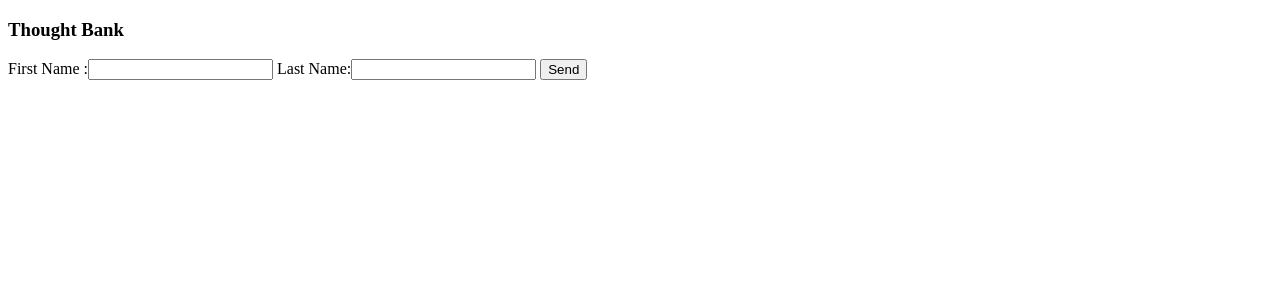
Repository: mxd369/webprogramming2
Page: ThoughtsBank/WebContent/WEB-INF/index.html
These files come from the project's save history. The page is drawn as it stood at one moment and after the next save; the edit follows.
The browser window is 1280 px wide. The pictures show the whole page.

Above is the page before, as saved 2017-02-09 15:28:53.

### ThoughtsBank/WebContent/WEB-INF/index.html
<!DOCTYPE html>
<html>
<head>
<meta charset="UTF-8">
<title>Home Page</title>
</head>
<body>
	<h3>Thought Bank</h3>
	<form action="HelloServlet" method="get">
		First Name :<input type="text" name="fname" />
		Last Name:<input type="text" name="lname" />
		<input type="submit" value="Send" />
	</form>
</body>

</html>

After the next save:
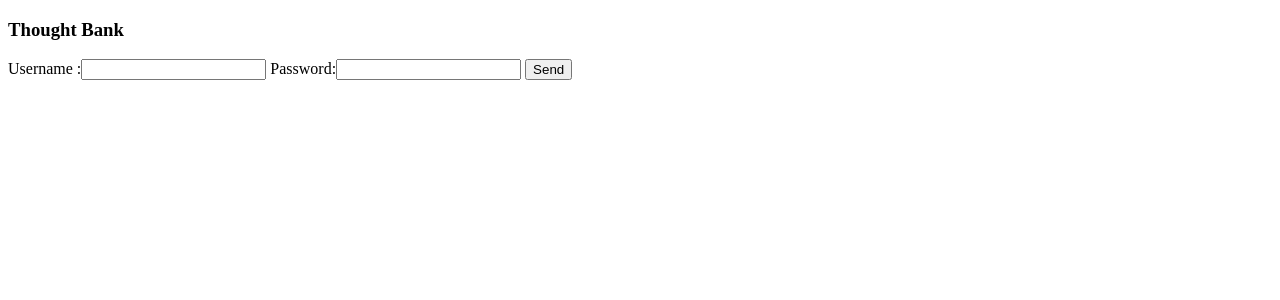
Saved 66 s later.
--- a/ThoughtsBank/WebContent/WEB-INF/index.html
+++ b/ThoughtsBank/WebContent/WEB-INF/index.html
@@ -7,8 +7,8 @@
 <body>
 	<h3>Thought Bank</h3>
 	<form action="HelloServlet" method="get">
-		First Name :<input type="text" name="fname" />
-		Last Name:<input type="text" name="lname" />
+		Username :<input type="text" name="fname" />
+		Password:<input type="text" name="lname" />
 		<input type="submit" value="Send" />
 	</form>
 </body>
